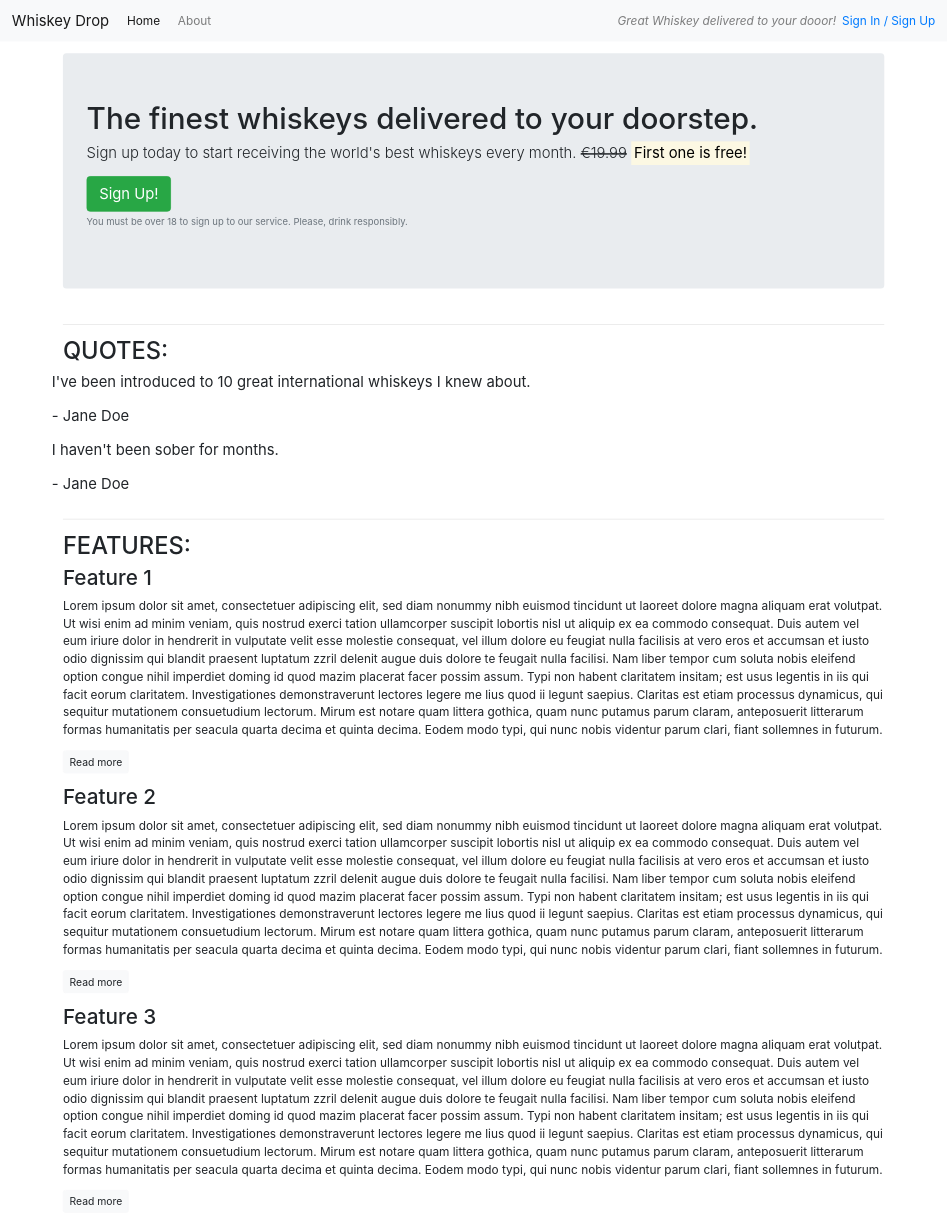
Repository: gpun10/bootstrap-sample
Page: index.html
The author's editor kept a record of every edit. The page is drawn from the files as they stood at one moment, then again after the next edit.
The browser window is 1280 px wide. The pictures show the whole page, at 74% of full size.

Above is the page before.
Console error: TypeError: Cannot read properties of undefined (reading 'fn')

### index.html
<!DOCTYPE html>
<html lang="en">

<head>
	<meta charset="UTF-8">
	<meta name="viewport" content="width=device-width, initial-scale=1.0">
	<meta http-equiv="X-UA-Compatible" content="ie=edge">
	<link rel="stylesheet" href="https://stackpath.bootstrapcdn.com/bootstrap/4.3.1/css/bootstrap.min.css" integrity="sha384-ggOyR0iXCbMQv3Xipma34MD+dH/1fQ784/j6cY/iJTQUOhcWr7x9JvoRxT2MZw1T" crossorigin="anonymous">
	<script src="https://stackpath.bootstrapcdn.com/bootstrap/4.3.1/js/bootstrap.min.js" integrity="sha384-JjSmVgyd0p3pXB1rRibZUAYoIIy6OrQ6VrjIEaFf/nJGzIxFDsf4x0xIM+B07jRM" crossorigin="anonymous"></script>
	<title>Whisky Drop | Taste new whiskey every month!</title>
</head>
<body>
<nav class="navbar navbar-light bg-light navbar-expand-sm">
    <a href="/" class="navbar-brand">Whiskey Drop</a>
    <ul class="navbar-nav mr-auto">
        <li class="active nav-item mr-2">
            <a class="nav-link" href="/">Home</a>
        </li>
        <li class="nav-item mr-2">
            <a class="nav-link" href="/about">About</a>
        </li>
        <li class="nav-item mr-2 d-block d-sm-none">
            <a class="nav-link" href="/login">Sign in / Sign up</a>
        </li>
     </ul>
     <p class="navbar-text my-auto mr-2">
            <i>Great Whiskey delivered to your dooor!</i>
        </p>
        <div class="d-none d-md-block"><a href="/login">Sign In / Sign Up</a></div>

</nav>
<article class="container mt-3">
	<!-- Call out -->
	<div class="row">
		<div class="col-12">
			<section class="callout jumbotron">

				<h1>The finest whiskeys delivered to your doorstep.</h1>
				<p class="lead">Sign up today to start receiving the world's best whiskeys every month.
					<s>€19.99</s>
					<strong>
				<mark>First one is free!</mark>
			</strong>
				</p>

				<button class="btn btn-success btn-lg">Sign Up!</button>
				<p class="text-muted"><small>You must be over 18 to sign up to our service. Please, drink responsibly.</small></p>
			</section>
		</div>
	</div>
	<!-- /Call out -->

	<hr>
	<!-- Quotes -->
	<section class="quotes">
		<div class="row">
			<div class="col-12 col-md-6">
				<h2 class="text-uppercase">Quotes:</h2>
			</div>
		</div>
		<div class="row">
			<div class="row">
				<div class="col-12">
					<blockquote class="blockquote">
						<p>I've been introduced to 10 great international whiskeys I knew about.</p>
						<p>- Jane Doe</p>
					</blockquote>
				</div>
				<div class="col-12">
					<blockquote class="blockquote">
						<p>I haven't been sober for months. </p>
						<p>- Jane Doe</p>
					</blockquote>
				</div>
			</div>
	</section>

	<!-- / Quotes -->
	<hr>
	<!-- Features -->
	<section class="features">
		<div class="row">
			<div class="col-12">
				<h2 class="text-uppercase">Features:</h2>
			</div>
		</div>
		<div class="row">
			<div class="col-12">
				<div class="feature">
					<h3>Feature 1</h3>
					<p>Lorem ipsum dolor sit amet, consectetuer adipiscing elit, sed diam nonummy nibh euismod tincidunt ut laoreet dolore magna aliquam erat volutpat. Ut wisi enim ad minim veniam, quis nostrud exerci tation ullamcorper suscipit lobortis nisl ut aliquip
						ex ea commodo consequat. Duis autem vel eum iriure dolor in hendrerit in vulputate velit esse molestie consequat, vel illum dolore eu feugiat nulla facilisis at vero eros et accumsan et iusto odio dignissim qui blandit praesent luptatum zzril delenit
						augue duis dolore te feugait nulla facilisi. Nam liber tempor cum soluta nobis eleifend option congue nihil imperdiet doming id quod mazim placerat facer possim assum. Typi non habent claritatem insitam; est usus legentis in iis qui facit eorum
						claritatem. Investigationes demonstraverunt lectores legere me lius quod ii legunt saepius. Claritas est etiam processus dynamicus, qui sequitur mutationem consuetudium lectorum. Mirum est notare quam littera gothica, quam nunc putamus parum claram,
						anteposuerit litterarum formas humanitatis per seacula quarta decima et quinta decima. Eodem modo typi, qui nunc nobis videntur parum clari, fiant sollemnes in futurum.</p>
					<p class="btn btn-sm btn-light">Read more</p>
				</div>

			</div>
			<div class="col-12">
				<div class="feature">
					<h3>Feature 2</h3>
					<p>Lorem ipsum dolor sit amet, consectetuer adipiscing elit, sed diam nonummy nibh euismod tincidunt ut laoreet dolore magna aliquam erat volutpat. Ut wisi enim ad minim veniam, quis nostrud exerci tation ullamcorper suscipit lobortis nisl ut aliquip
						ex ea commodo consequat. Duis autem vel eum iriure dolor in hendrerit in vulputate velit esse molestie consequat, vel illum dolore eu feugiat nulla facilisis at vero eros et accumsan et iusto odio dignissim qui blandit praesent luptatum zzril delenit
						augue duis dolore te feugait nulla facilisi. Nam liber tempor cum soluta nobis eleifend option congue nihil imperdiet doming id quod mazim placerat facer possim assum. Typi non habent claritatem insitam; est usus legentis in iis qui facit eorum
						claritatem. Investigationes demonstraverunt lectores legere me lius quod ii legunt saepius. Claritas est etiam processus dynamicus, qui sequitur mutationem consuetudium lectorum. Mirum est notare quam littera gothica, quam nunc putamus parum claram,
						anteposuerit litterarum formas humanitatis per seacula quarta decima et quinta decima. Eodem modo typi, qui nunc nobis videntur parum clari, fiant sollemnes in futurum.</p>
					<p class="btn btn-sm btn-light">Read more</p>
				</div>
			</div>
			<div class="col-12">
				<div class="feature">
					<h3>Feature 3</h3>
					<p>Lorem ipsum dolor sit amet, consectetuer adipiscing elit, sed diam nonummy nibh euismod tincidunt ut laoreet dolore magna aliquam erat volutpat. Ut wisi enim ad minim veniam, quis nostrud exerci tation ullamcorper suscipit lobortis nisl ut aliquip
						ex ea commodo consequat. Duis autem vel eum iriure dolor in hendrerit in vulputate velit esse molestie consequat, vel illum dolore eu feugiat nulla facilisis at vero eros et accumsan et iusto odio dignissim qui blandit praesent luptatum zzril delenit
						augue duis dolore te feugait nulla facilisi. Nam liber tempor cum soluta nobis eleifend option congue nihil imperdiet doming id quod mazim placerat facer possim assum. Typi non habent claritatem insitam; est usus legentis in iis qui facit eorum
						claritatem. Investigationes demonstraverunt lectores legere me lius quod ii legunt saepius. Claritas est etiam processus dynamicus, qui sequitur mutationem consuetudium lectorum. Mirum est notare quam littera gothica, quam nunc putamus parum claram,
						anteposuerit litterarum formas humanitatis per seacula quarta decima et quinta decima. Eodem modo typi, qui nunc nobis videntur parum clari, fiant sollemnes in futurum.</p>
					<p class="btn btn-sm btn-light">Read more</p>
				</div>
			</div>
		</div>
	</section>
	<!-- / Features -->
</article>


</div>
</body>

</html>

After the next edit:
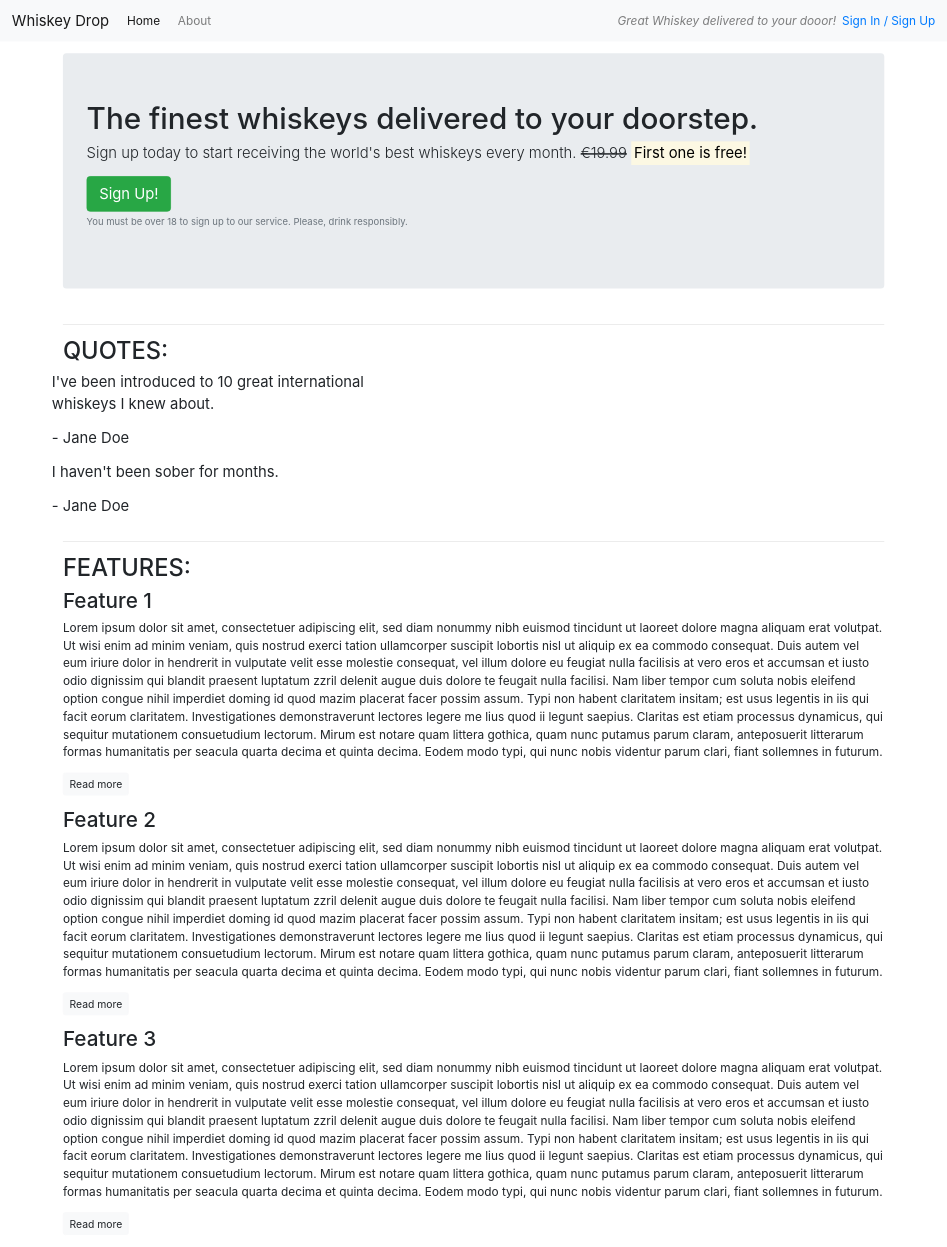
The edit:
--- a/index.html
+++ b/index.html
@@ -60,7 +60,7 @@
 		</div>
 		<div class="row">
 			<div class="row">
-				<div class="col-12">
+				<div class="col-12 col-md-6">
 					<blockquote class="blockquote">
 						<p>I've been introduced to 10 great international whiskeys I knew about.</p>
 						<p>- Jane Doe</p>
